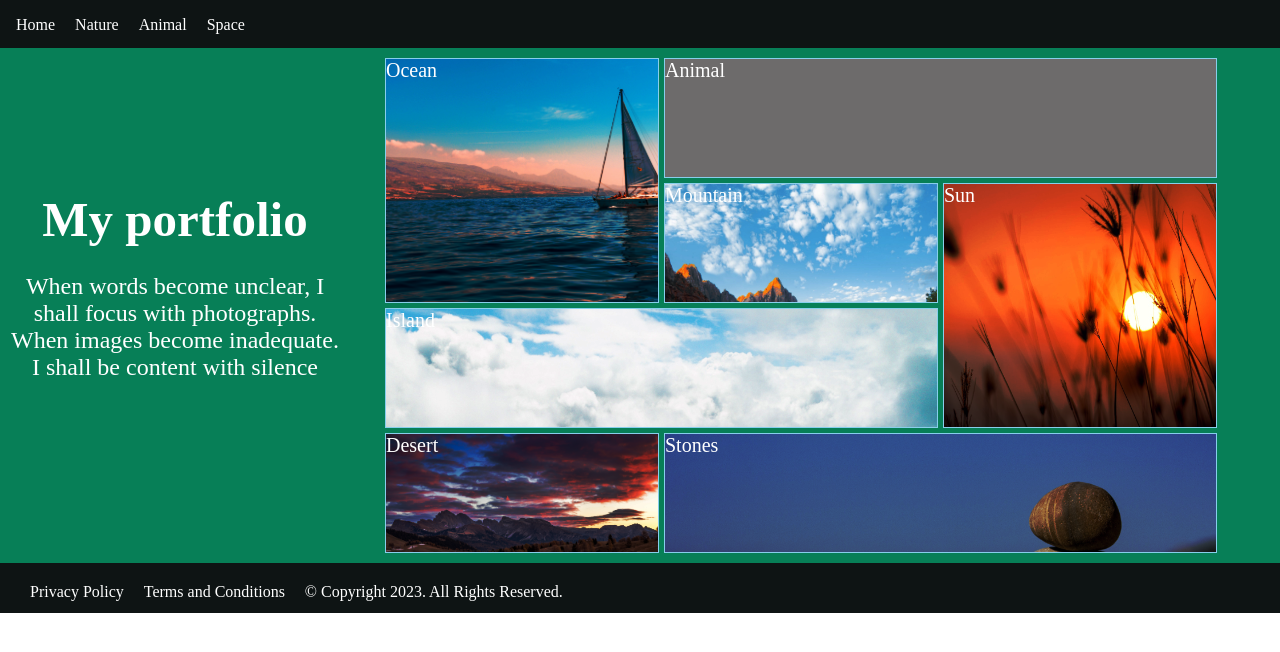
Repository: suraj-yadav7/03_Gallery_Portfolio
Page: index.html
An editor plug-in stored every save of this project. The page is shown before and after the next save, followed by the edit.
The browser window is 1280 px wide. The pictures show the whole page.
Pictures or frames that could not be fetched are drawn as grey boxes. Some web fonts or font styles are not loaded; a fallback is used.

Above is the page before, as saved 2023-02-14 21:31:42.

After the next save:
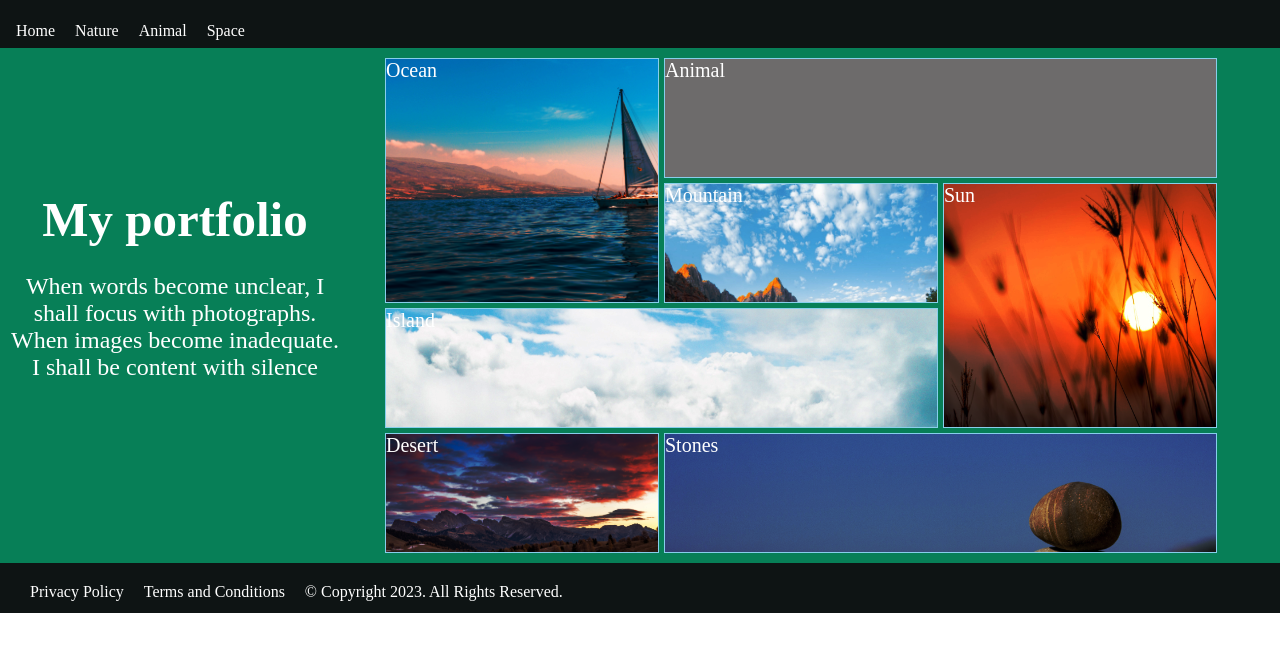
Saved 5 min 38 s later.
--- a/style.css
+++ b/style.css
@@ -44,7 +44,7 @@ a{
 .nav-item{
     gap: 20px;
     list-style: none;
-    margin-bottom: 55px;
+    margin-top: 0.4rem;
 }
 a:hover{
     color:#fff;
